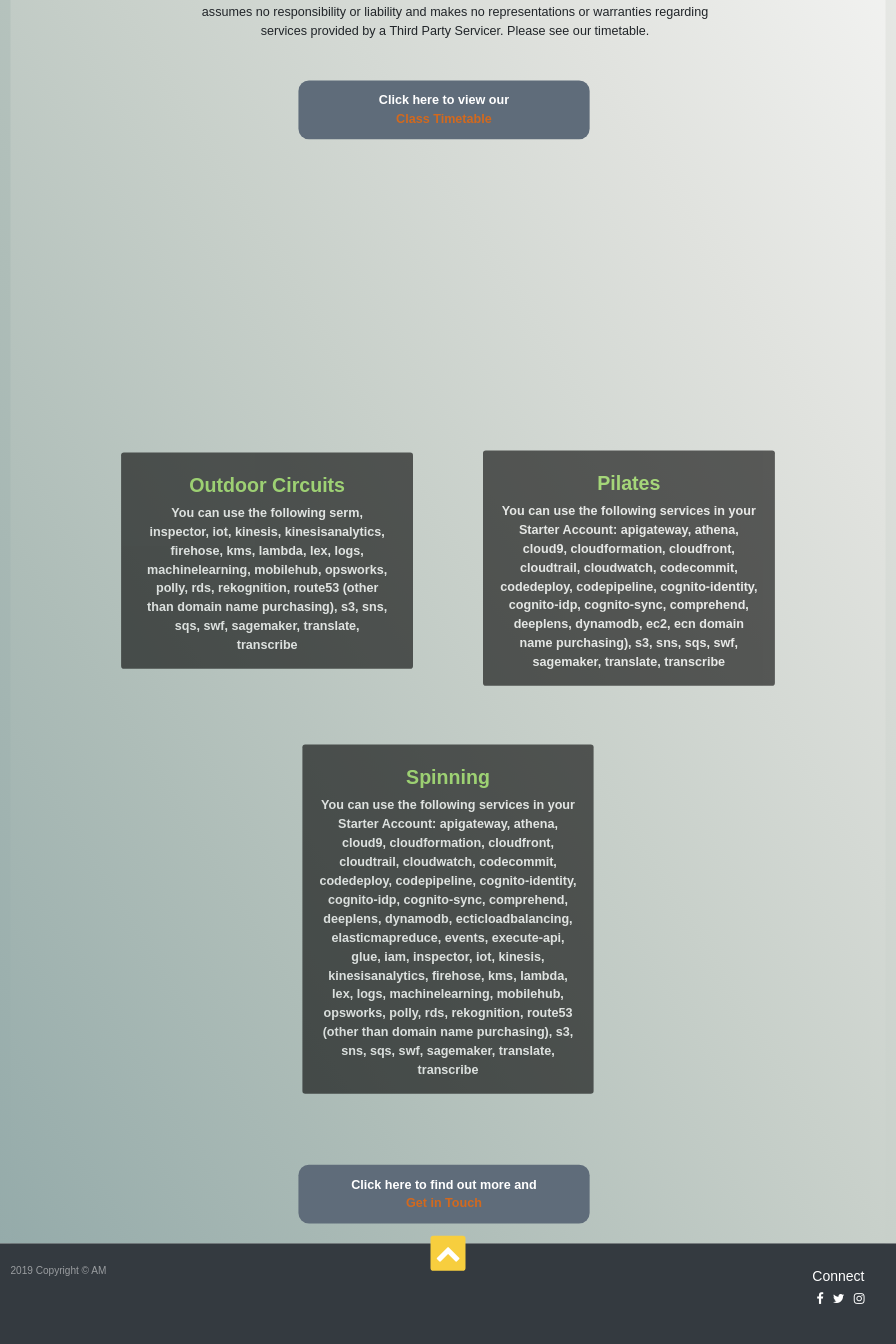
Repository: murphya14/Fitness-webpage
Page: group-training.html
The author's editor kept a record of every edit. The page is drawn from the files as they stood at one moment, then again after the next edit.
The browser window is 1280 px wide. The pictures show the part of the page from y = 1035 to 2955 px (the page is 2955 px tall before and 2685 px after), at 70% of full size.
Pictures or frames that could not be fetched are drawn as grey boxes. Some web libraries are served in a nearby version.

Above is the page before.

After the next edit:
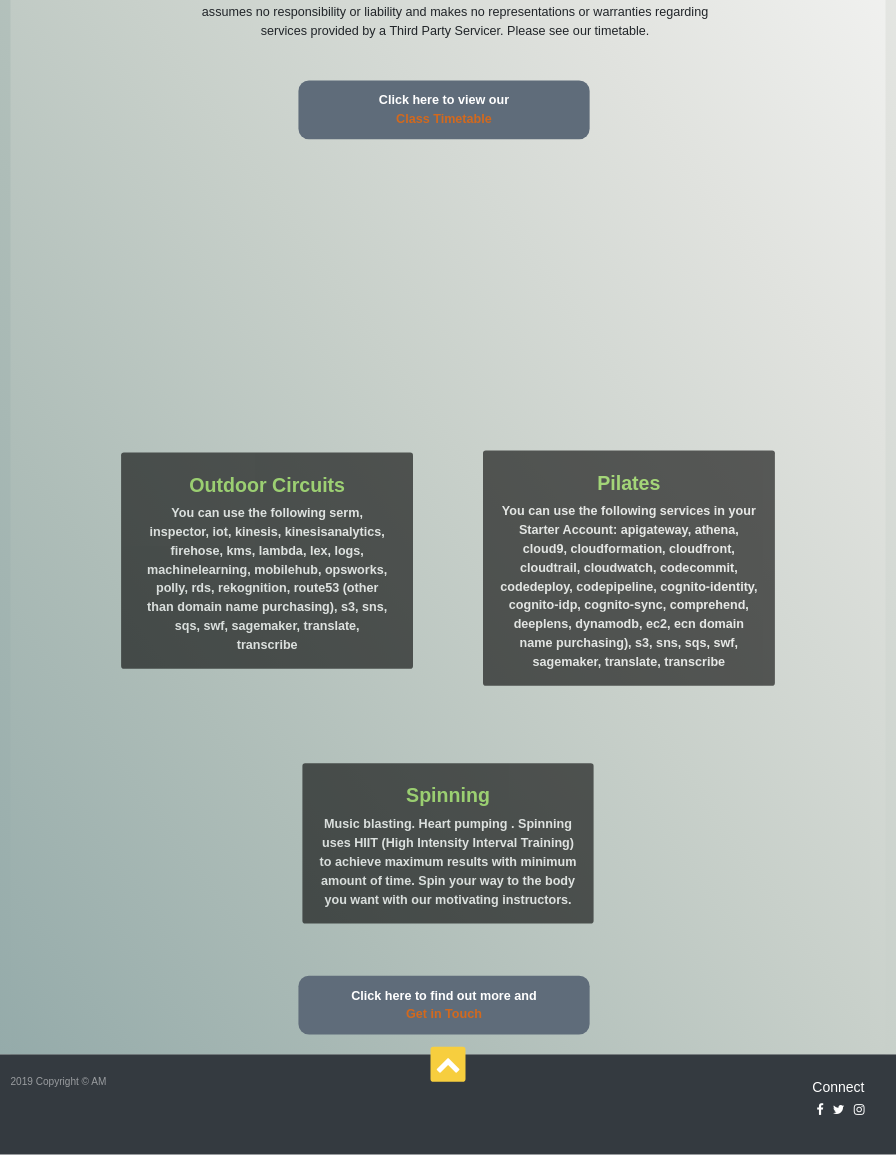
The edit:
--- a/group-training.html
+++ b/group-training.html
@@ -173,9 +173,7 @@
 
       <div class="transbox   col-md-4 col-sm-12">
         <h3 class="box-heading"> Spinning</h3>
-        <p>You can use the following services in your Starter Account: apigateway, athena, cloud9, cloudformation, cloudfront, cloudtrail, cloudwatch, codecommit, codedeploy, codepipeline, cognito-identity, cognito-idp, cognito-sync, comprehend, deeplens,
-          dynamodb, ecticloadbalancing, elasticmapreduce, events, execute-api, glue, iam, inspector, iot, kinesis, kinesisanalytics, firehose, kms, lambda, lex, logs, machinelearning, mobilehub, opsworks, polly,
-          rds, rekognition, route53 (other than domain name purchasing), s3, sns, sqs, swf, sagemaker, translate, transcribe</p>
+        <p>Music blasting. Heart pumping . Spinning uses HIIT (High Intensity Interval Training) to achieve maximum results with minimum amount of time. Spin your way to the body you want with our motivating instructors. </p>
       </div>
 
 
